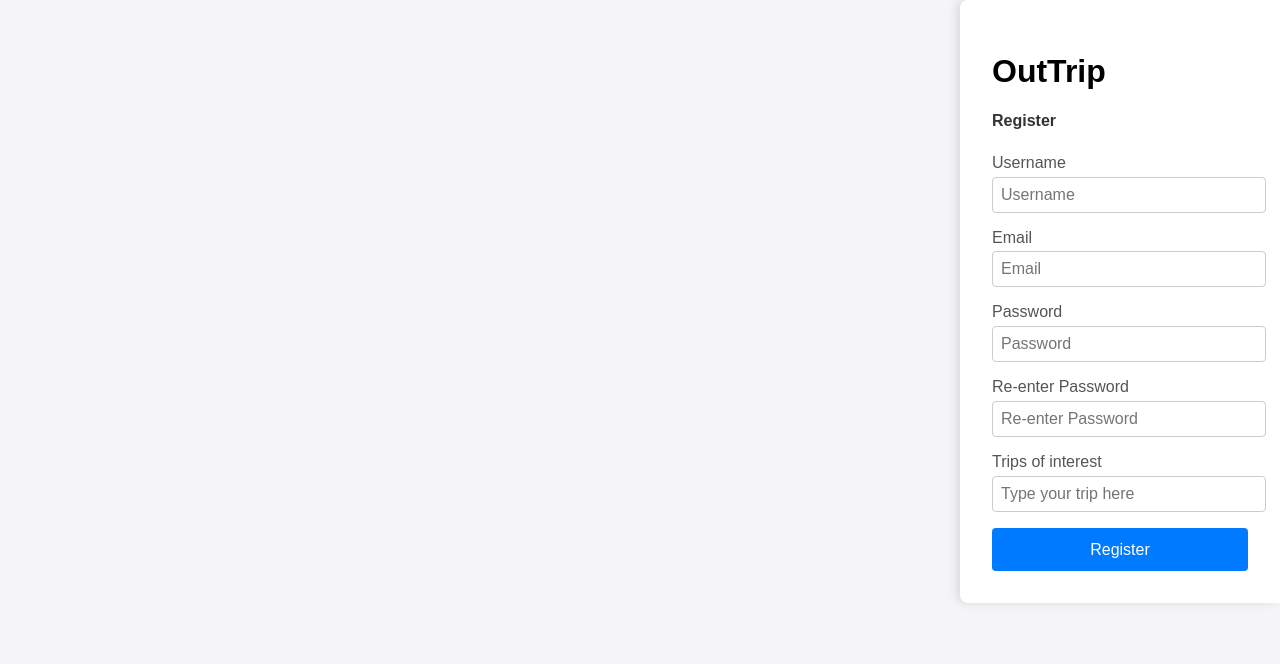
Repository: Nuttawut-Amattong/outtrip
Page: /register (app in OutTrip/)
The author's editor kept a copy of each file at every save. The page is drawn from the files as they stood at one save, then again after the next save.
The browser window is 1280 px wide. The pictures show the whole page.
The project was rebuilt for these pictures with package versions that can differ from the ones it lists, and the page was loaded fresh each time. Also part of the build but not shown: OutTrip/vite.config.js, OutTrip/src/pages/Login.jsx, OutTrip/src/pages/Forgetpass.jsx.

Above is the page before, as saved 2025-05-19 01:00:07.

### OutTrip/src/main.jsx
import { StrictMode } from 'react';
import { createRoot } from 'react-dom/client';
import { BrowserRouter, Routes, Route } from 'react-router-dom';
import Login from './pages/Login.jsx';
import Register from './pages/Register.jsx';
import Forgetpass from './pages/Forgetpass.jsx';

createRoot(document.getElementById('root')).render(
  <StrictMode>
    <BrowserRouter>
      <Routes>
        <Route path="/" element={<Login />} />
        <Route path="/register" element={<Register />} />
        <Route path="/forgot-password" element={<Forgetpass />} />
      </Routes>
    </BrowserRouter>
  </StrictMode>
);

### OutTrip/src/pages/Register.jsx
import React, { useState } from 'react';
import '../CSS/register.css';
const Register = () => {
    const [formData, setFormData] = useState({
        username: '',
        email: '',
        password: '',
        rePassword: '',
        trip: ''
    });

    const [error, setError] = useState('');

    const handleChange = (e) => {
        const { name, value } = e.target;
        setFormData({
            ...formData,
            [name]: value,
        });
        setError('');
    };

    const handleSubmit = (e) => {
        e.preventDefault();

        if (formData.password !== formData.rePassword) {
            setError('Passwords do not match');
            return;
        }

        console.log('Registering user:', formData);

    };

    return (
        <div className="register-container">
            <h1>OutTrip</h1>
            <h2>Register</h2>

            <form onSubmit={handleSubmit}>
                <div>
                    <label htmlFor="username">Username</label>
                    <input
                        type="text"
                        id="username"
                        name="username"
                        value={formData.username}
                        onChange={handleChange}
                        placeholder="Username"
                        required
                    />
                </div>
                <div>
                    <label htmlFor="email">Email</label>
                    <input
                        type="email"
                        id="email"
                        name="email"
                        value={formData.email}
                        onChange={handleChange}
                        placeholder="Email"
                        required
                    />
                </div>
                <div>
                    <label htmlFor="password">Password</label>
                    <input
                        type="password"
                        id="password"
                        name="password"
                        value={formData.password}
                        onChange={handleChange}
                        placeholder="Password"
                        required
                    />
                </div>
                <div>
                    <label htmlFor="rePassword">Re-enter Password</label>
                    <input
                        type="password"
                        id="rePassword"
                        name="rePassword"
                        placeholder="Re-enter Password"
                        value={formData.rePassword}
                        onChange={handleChange}
                        required
                    />
                </div>
                <div>
                    <label htmlFor="trip">Trips of interest</label>
                    <input
                        type="text"
                        id="trip"
                        name="trip"
                        value={formData.trip || ''}
                        onChange={(e) => setFormData({...formData, trip: e.target.value})}
                        placeholder="Type your trip here"
                        required
                    />
                </div>
                {error && <p style={{ color: 'red' }}>{error}</p>}  {/* แสดง error */}
                <button type="submit">Register</button>
            </form>
        </div>
    );
};

export default Register;

### OutTrip/src/CSS/login.css
body {
    font-family: Arial, sans-serif;
    margin: 0;
    padding: 0;
    background-color: #f4f4f9;
    display: block;
}

.login-container {
    background-color: #ffffff;
    padding: 2rem;
    border-radius: 0 8px 8px 0;
    box-shadow: 4px 0 10px rgba(0, 0, 0, 0.1);
    width: 100%;
    max-width: 320px;
    height: 100vh;
    box-sizing: border-box;
    position: fixed;
    left: 0;
    top: 0;
}

.login-container h1 {
    font-size: 1.8rem;
    margin-bottom: 1.5rem;
    color: #333333;
    text-align: center;
}

.login-container form {
    display: flex;
    flex-direction: column;
}

.login-container label {
    font-size: 0.9rem;
    margin-bottom: 0.5rem;
    color: #555555;
}

.login-container input[type="text"],
.login-container input[type="user"],
.login-container input[type="password"] {
    padding: 0.8rem;
    margin-bottom: 1rem;
    border: 1px solid #cccccc;
    border-radius: 4px;
    font-size: 1rem;
}

.login-container input[type="text"]:focus,
.login-container input[type="userl"]:focus,
.login-container input[type="password"]:focus {
    border-color: #007bff;
    outline: none;
}

.login-container button {
    padding: 0.8rem;
    background-color: #007bff;
    color: #ffffff;
    border: none;
    border-radius: 4px;
    font-size: 1rem;
    cursor: pointer;
    transition: background-color 0.3s ease;
}

.login-container button:hover {
    background-color: #0056b3;
}

.login-container .forgot-password {
    margin-top: 1rem;
    text-align: center;
}

.login-container .forgot-password a {
    color: #007bff;
    text-decoration: none;
    font-size: 0.9rem;
}

.login-container .forgot-password a:hover {
    text-decoration: underline;
}

.login-links {
    margin-top: 1rem;
    text-align: center;
    font-size: 0.85rem;
    color: #333333;
    display: flex;
    flex-direction: column;
    gap: 0.5rem;
}

.login-links a {
    color: inherit;
    text-decoration: none;
    cursor: pointer;
}

.login-links a:hover {
    text-decoration: underline;
}

### OutTrip/src/CSS/register.css
/* register.css */
body {
    font-family: Arial, sans-serif;
    margin: 0;
    padding: 0;
    background-color: #f4f4f9;
}

.register-container {
    background-color: #ffffff;
    padding: 2rem;
    border-radius: 8px 0 0 8px;
    box-shadow: -4px 0 10px rgba(0, 0, 0, 0.1);
    width: 100%;
    max-width: 320px;
    box-sizing: border-box;
    position: absolute;
    right: 0;
    top: 0;
}

.register-container h2 {
    font-size: 1rem;
    margin-bottom: 1.5rem;
    color: #333333;
    text-align: left;
    margin-left: 0;
}


.register-container form {
    display: flex;

    flex-direction: column;
}

.register-container label {
    font-size: 1rem;

    margin-bottom: 0.3rem;
    color: #555555;
    display: block;
}

.register-container input[type="text"],
.register-container input[type="email"],
.register-container input[type="password"] {
    padding: 0.5rem;
    margin-bottom: 1rem;
    border: 1px solid #cccccc;
    border-radius: 4px;
    font-size: 1rem;
    width: 100%;
}

.register-container input:focus {
    border-color: #007bff;
    outline: none;
}

.register-container button {
    padding: 0.8rem;
    background-color: #007bff;
    color: #ffffff;
    border: none;
    border-radius: 4px;
    font-size: 1rem;
    cursor: pointer;
    transition: background-color 0.3s ease;
}

.register-container button:hover {
    background-color: #0056b3;
}

.register-container p {
    font-size: 0.9rem;
    color: red;
    margin-top: -0.5rem;
    margin-bottom: 1rem;
}

### OutTrip/src/CSS/forgetpass.css
body {
    font-family: Arial, sans-serif;
    margin: 0;
    padding: 0;
    background-color: #f4f4f9;
    display: block;
}


.forgetpass-container {
    background-color: #ffffff;
    padding: 2rem;
    border-radius: 0 8px 8px 0;
    box-shadow: 4px 0 10px rgba(0, 0, 0, 0.1);
    width: 100%;
    max-width: 400px;
    height: 100vh;
    box-sizing: border-box;
    position: fixed;
    left: 0;
    top: 0;
}

.forgetpass-title {
    font-size: 1.5rem;
    font-weight: 600;
    color: #333;
    margin-bottom: 20px;
}

.forgetpass-form {
    width: 100%;
    display: flex;
    flex-direction: column;
}

.forgetpass-label {
    font-size: 0.9rem;
    color: #444;
    margin-bottom: 6px;
}

.forgetpass-input {
    padding: 10px;
    font-size: 1rem;
    border: 1px solid #ccc;
    border-radius: 5px;
    margin-bottom: 16px;
    outline: none;
    transition: border 0.2s;
}

.forgetpass-input:focus {
    border-color: #999;
}

.forgetpass-btn {
    background-color: #333;
    color: #fff;
    font-size: 1rem;
    font-weight: 500;
    border: none;
    border-radius: 5px;
    padding: 10px 0;
    cursor: pointer;
    transition: background-color 0.2s;
}

.forgetpass-btn:hover {
    background-color: #222;
}

.forgetpass-link {
    margin-top: 14px;
    font-size: 0.85rem;
    color: #666;
    text-align: center;
    text-decoration: none;
}

.forgetpass-link:hover {
    text-decoration: underline;
}

Loaded but not shown: OutTrip/index.html (common file)

After the next save:
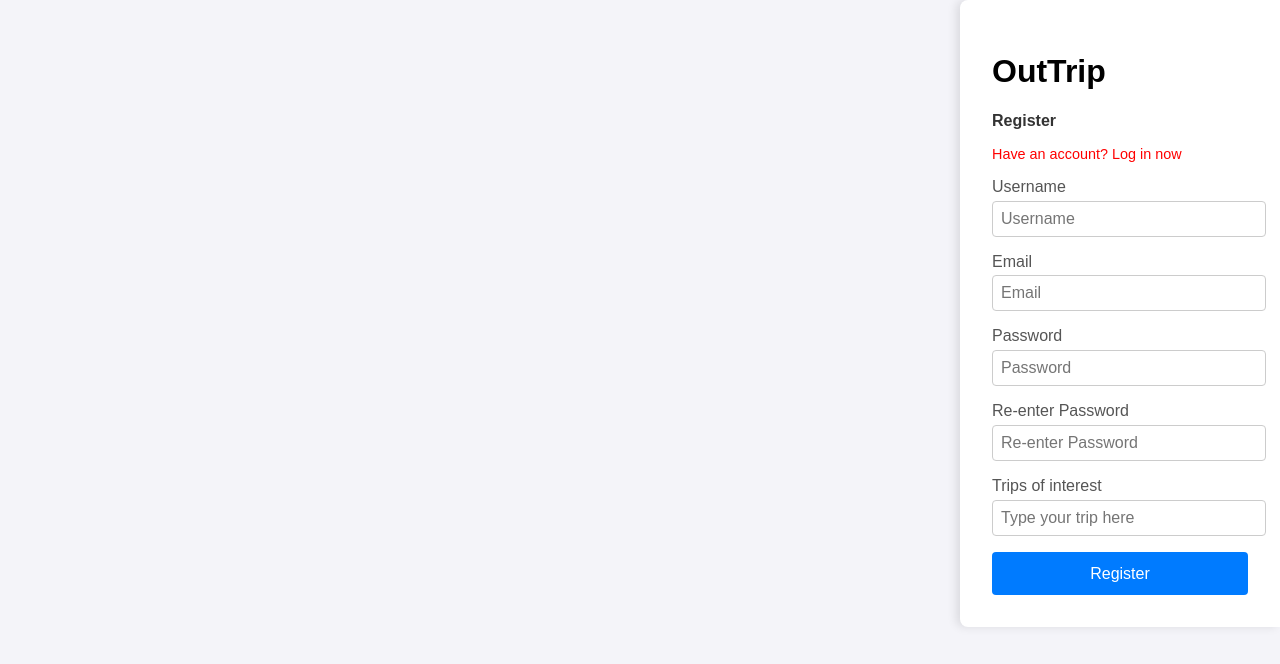
Saved 4 s later.
--- a/OutTrip/src/pages/Register.jsx
+++ b/OutTrip/src/pages/Register.jsx
@@ -36,7 +36,7 @@ const Register = () => {
         <div className="register-container">
             <h1>OutTrip</h1>
             <h2>Register</h2>
-
+            <p>Have an account? Log in now</p>
             <form onSubmit={handleSubmit}>
                 <div>
                     <label htmlFor="username">Username</label>
